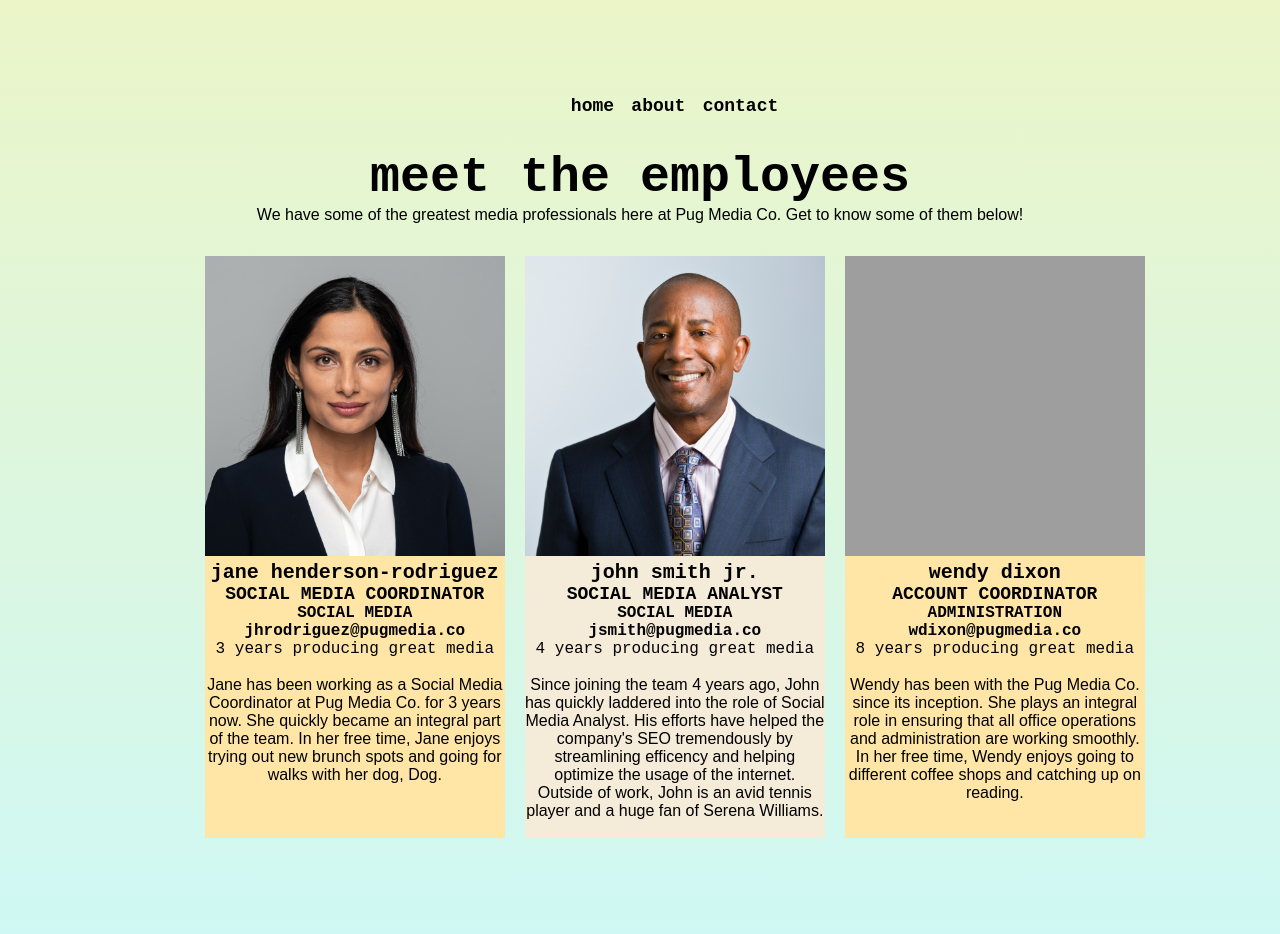
Repository: cheungglenda/MDIA2109-Week3
Page: /about
An editor plug-in stored every save of this project. The page is shown before and after the next save, followed by the edit.
The browser window is 1280 px wide. The pictures show the whole page.
Pictures or frames that could not be fetched are drawn as grey boxes. The project was rebuilt for these pictures with package versions that can differ from the ones it lists, and the page was loaded fresh each time. The framework's server and built-in components were replaced by stand-ins that run in the browser. Also part of the build but not shown: next.config.js.

Above is the page before, as saved 2023-01-20 13:08:26.

### pages/about.js
import Head from 'next/head'
import { Inter } from '@next/font/google'
import styles from '@/styles/Home.module.css'
import aboutData from '../data/about.json'
import { useState } from 'react'
import EmployeeCard  from '../components/EmployeeCard'
import Link from 'next/link'

export default function About() {

    const [aboutEmployees, setAboutEmployees] = useState([...aboutData])
    console.log(aboutData)
    return (
   <>
      <Head>
        <title>Meet the Employees</title>
        <meta name="description" content="Meet the Employees" />
        <meta name="viewport" content="width=device-width, initial-scale=1" />
        <link rel="icon" href="/favicon.ico" />
      </Head>
      <main className={styles.main}>
        <div className={styles.buttons}>
      <Link href="/" className={styles.links}>Home</Link>
      <Link href="/about" className={styles.links}>About</Link>
      <Link href="/" className={styles.links}>Contact</Link>
      </div>

      <div className={styles.meetTitle}>Meet the Employees</div>
      <div className={styles.titleDesc}>We have some of the greatest media professionals here at Pug Media Co. Get to know some of them below!</div>

        <div className={styles.grid}>
          <div className={styles.employees}>
          {aboutEmployees && aboutEmployees.map((info, index) => {
            if(info.firstName.toLowerCase() === "jane") {
            return (
              <EmployeeCard
              key={index}
              firstname={info.firstName}
              lastname={info.lastName}
              jobtitle={info.jobTitle}
              department={info.department}
              contact={info.contact}
              yearsworked={info.yearsWorked}
              description={info.description}
              color="#FFE6A7" font="16px"/>
            )
          }
          })}

          {aboutEmployees && aboutEmployees.map((info, index) => {
            if(info.firstName.toLowerCase() === "john") {
            return (
              <EmployeeCard
              key={index}
              firstname={info.firstName}
              lastname={info.lastName}
              jobtitle={info.jobTitle}
              department={info.department}
              contact={info.contact}
              yearsworked={info.yearsWorked}
              description={info.description}
              color="#F4EBD9" font="16px"/>
            )
          }
          })}

          {aboutEmployees && aboutEmployees.map((info, index) => {
            if(info.firstName.toLowerCase() === "wendy") {
            return (
              <EmployeeCard
              key={index}
              firstname={info.firstName}
              lastname={info.lastName}
              jobtitle={info.jobTitle}
              department={info.department}
              contact={info.contact}
              yearsworked={info.yearsWorked}
              description={info.description}
              color="#FFE6A7" font="16px"/>
            )
          }
          })}
          </div>
        </div>
      </main>
    </>
  )
}

### styles/Home.module.css
.main {
  display: flex;
  flex-direction: column;
  justify-content: space-between;
  align-items: center;
  padding: 6rem;
  font-family:arial;
  min-height: 100vh;
  background-image: linear-gradient(rgb(235, 245, 200), rgb(207, 248, 244));

}

.buttons {
  display: flex;
  flex-direction:row;
  justify-content: space-evenly;
  margin-bottom:3%;
}

.links:hover {
  text-decoration:underline;
}

.links {
  font-size: 18px;
  max-width: var(--max-width);
  width: 100%;
  font-weight:900;
  font-family: 'Courier New', Courier, monospace;
  text-transform:lowercase;
  padding-left:10%;
}

.description {
  display: inherit;
  justify-content: inherit;
  align-items: inherit;
  font-size: 15px;
  max-width: var(--max-width);
  width: 100%;
  font-family: var(--font-mono);
}

.description a {
  display: flex;
  justify-content: center;
  align-items: center;
  gap: 0.5rem;
}

.description p {
  position: relative;
  margin: 0;
  padding: 1rem;
  background-color: rgba(var(--callout-rgb), 0.5);
  border: 1px solid rgba(var(--callout-border-rgb), 0.3);
  border-radius: var(--border-radius);
}

.code {
  font-weight: 700;
  font-family: var(--font-mono);
}

.meetTitle {
  font-size: 50px;
  font-weight:700;
  text-transform:lowercase;
  font-family:'Courier New', Courier, monospace;
  text-align:center;
}

.grid {
  display: flex;
  justify-content:center;
  width: var(--max-width);
  max-width: 100%;
  align-items:center;
  flex: 1;
}

.card {
  padding: 1rem 1.2rem;
  border-radius: var(--border-radius);
  background: rgba(var(--card-rgb), 0);
  border: 1px solid rgba(var(--card-border-rgb), 0);
  transition: background 200ms, border 200ms;
}

.card span {
  display: inline-block;
  transition: transform 200ms;
}

.info {
  font-family:Arial, Helvetica, sans-serif;
}

.card h2 {
  font-weight: 600;
  margin-bottom: 0.7rem;
}

.card p {
  margin: 0;
  opacity: 0.6;
  font-size: 0.9rem;
  line-height: 1.5;
  max-width: 30ch;
}


.employees {
  display:flex;
  gap:20px;
  width: 80%;
  text-align:center;
  font-family:'Courier New', Courier, monospace;
}

.titleDesc {
  font-size:16px;
  margin-bottom:3%;
}

.center {
  display: flex;
  justify-content: center;
  align-items: center;
  position: relative;
  padding: 4rem 0;
}

.center::before {
  background: var(--secondary-glow);
  border-radius: 50%;
  width: 480px;
  height: 360px;
  margin-left: -400px;
}

.center::after {
  background: var(--primary-glow);
  width: 240px;
  height: 180px;
  z-index: -1;
}

.center::before,
.center::after {
  content: '';
  left: 50%;
  position: absolute;
  filter: blur(45px);
  transform: translateZ(0);
}

.logo,
.thirteen {
  position: relative;
}

.thirteen {
  display: flex;
  justify-content: center;
  align-items: center;
  width: 75px;
  height: 75px;
  padding: 25px 10px;
  margin-left: 16px;
  transform: translateZ(0);
  border-radius: var(--border-radius);
  overflow: hidden;
  box-shadow: 0px 2px 8px -1px #0000001a;
}

.thirteen::before,
.thirteen::after {
  content: '';
  position: absolute;
  z-index: -1;
}

/* Conic Gradient Animation */
.thirteen::before {
  animation: 6s rotate linear infinite;
  width: 200%;
  height: 200%;
  background: var(--tile-border);
}

/* Inner Square */
.thirteen::after {
  inset: 0;
  padding: 1px;
  border-radius: var(--border-radius);
  background: linear-gradient(
    to bottom right,
    rgba(var(--tile-start-rgb), 1),
    rgba(var(--tile-end-rgb), 1)
  );
  background-clip: content-box;
}

/* Enable hover only on non-touch devices */
@media (hover: hover) and (pointer: fine) {
  .card:hover {
    background: rgba(var(--card-rgb), 0.1);
    border: 1px solid rgba(var(--card-border-rgb), 0.15);
  }

  .card:hover span {
    transform: translateX(4px);
  }
}

@media (prefers-reduced-motion) {
  .thirteen::before {
    animation: none;
  }

  .card:hover span {
    transform: none;
  }
}

/* Mobile */
@media (max-width: 700px) {
  .content {
    padding: 4rem;
  }

  .grid {
    grid-template-columns: 1fr;
    margin-bottom: 120px;
    max-width: 320px;
    text-align: center;
  }

  .card {
    padding: 1rem 2.5rem;
  }

  .card h2 {
    margin-bottom: 0.5rem;
  }

  .center {
    padding: 8rem 0 6rem;
  }

  .center::before {
    transform: none;
    height: 300px;
  }

  .description {
    font-size: 0.8rem;
  }

  .description a {
    padding: 1rem;
  }

  .description p,
  .description div {
    display: flex;
    justify-content: center;
    position: fixed;
    width: 100%;
  }

  .description p {
    align-items: center;
    inset: 0 0 auto;
    padding: 2rem 1rem 1.4rem;
    border-radius: 0;
    border: none;
    border-bottom: 1px solid rgba(var(--callout-border-rgb), 0.25);
    background: linear-gradient(
      to bottom,
      rgba(var(--background-start-rgb), 1),
      rgba(var(--callout-rgb), 0.5)
    );
    background-clip: padding-box;
    backdrop-filter: blur(24px);
  }

  .description div {
    align-items: flex-end;
    pointer-events: none;
    inset: auto 0 0;
    padding: 2rem;
    height: 200px;
    background: linear-gradient(
      to bottom,
      transparent 0%,
      rgb(var(--background-end-rgb)) 40%
    );
    z-index: 1;
  }
}

/* Tablet and Smaller Desktop */
@media (min-width: 701px) and (max-width: 1120px) {
  .grid {
    grid-template-columns: repeat(2, 50%);
  }
}

@media (prefers-color-scheme: dark) {
  .vercelLogo {
    filter: invert(1);
  }

  .logo,
  .thirteen img {
    filter: invert(1) drop-shadow(0 0 0.3rem #ffffff70);
  }
}

@keyframes rotate {
  from {
    transform: rotate(360deg);
  }
  to {
    transform: rotate(0deg);
  }
}

### data/about.json
[
    {
        "firstName": "Jane",
        "lastName": "Henderson-Rodriguez",
        "department": "Social Media",
        "jobTitle": "Social Media Coordinator",
        "contact": "jhrodriguez@pugmedia.co",
        "yearsWorked": 3,
        "description": "Jane has been working as a Social Media Coordinator at Pug Media Co. for 3 years now. She quickly became an integral part of the team. In her free time, Jane enjoys trying out new brunch spots and going for walks with her dog, Dog."

    },
    {
        "firstName": "John",
        "lastName": "Smith jr.",
        "department": "Social Media",
        "jobTitle": "Social Media Analyst",
        "contact": "jsmith@pugmedia.co",
        "yearsWorked": 4,
        "description": "Since joining the team 4 years ago, John has quickly laddered into the role of Social Media Analyst. His efforts have helped the company's SEO tremendously by streamlining efficency and helping optimize the usage of the internet. Outside of work, John is an avid tennis player and a huge fan of Serena Williams."

    },
    {
        "firstName": "Wendy",
        "lastName": "Dixon",
        "department": "Administration",
        "jobTitle": "Account Coordinator",
        "contact": "wdixon@pugmedia.co",
        "yearsWorked": 8,
        "description": "Wendy has been with the Pug Media Co. since its inception. She plays an integral role in ensuring that all office operations and administration are working smoothly. In her free time, Wendy enjoys going to different coffee shops and catching up on reading."

    }
]

### components/EmployeeCard/index.js
export default function EmployeeCard({
    firstname = "none",
    lastname = "none",
    department = "none",
    jobtitle = "none",
    yearsworked = 0,
    description = "none",
    contact = "none",
    color = "pink",
    font = "O",
    image = "icon/personTwo.png"
}) {
    return (
        <div style={{backgroundColor: color, fontSize: 16}}>
            {
                firstname === "Jane" ? <img style={{objectFit: "cover"}} src={'headshots/photo3.jpeg'} width="300" height="300"/> :
                firstname === "John" ? <img style={{objectFit: "cover"}} src={'headshots/photo1.jpeg'} width="300" height="300"/> :
                firstname === "Wendy" ? <img style={{objectFit: "cover"}} src={'headshots/photo2.jpeg'} width="300" height="300"/> :
                <img src={image} width="300"/>
            }

            <h1 style={{textTransform: "lowercase", fontSize: 20}}>{firstname} {lastname}</h1>
            <h1 style={{textTransform: "lowercase", fontSize: 20}}></h1>
            <h2 style={{fontFamily:"'Courier New', Courier, monospace", textTransform: "uppercase", fontSize: 18}}>{jobtitle}</h2>
            <h3 style={{fontFamily:"'Courier New', Courier, monospace", textTransform: "uppercase", fontSize: 16, fontweight:200}}>{department}</h3>
            <h3 style={{fontFamily:"'Courier New', Courier, monospace", textTransform: "lowercase", fontSize: 16, fontweight:500}}>{contact}</h3>
            <h4 style={{textTransform:"lowercase", fontSize:16, fontWeight:100}}>{yearsworked} years producing great media</h4><br></br>
            <p style={{fontFamily: "Arial, Helvetica, sans-serif"}}>{description}</p><br></br>
        </div>
    )
}

Loaded but not shown: pages/_app.js (common file); pages/_document.js (common file); pages/api/hello.js (common file); styles/globals.css (common file)

After the next save:
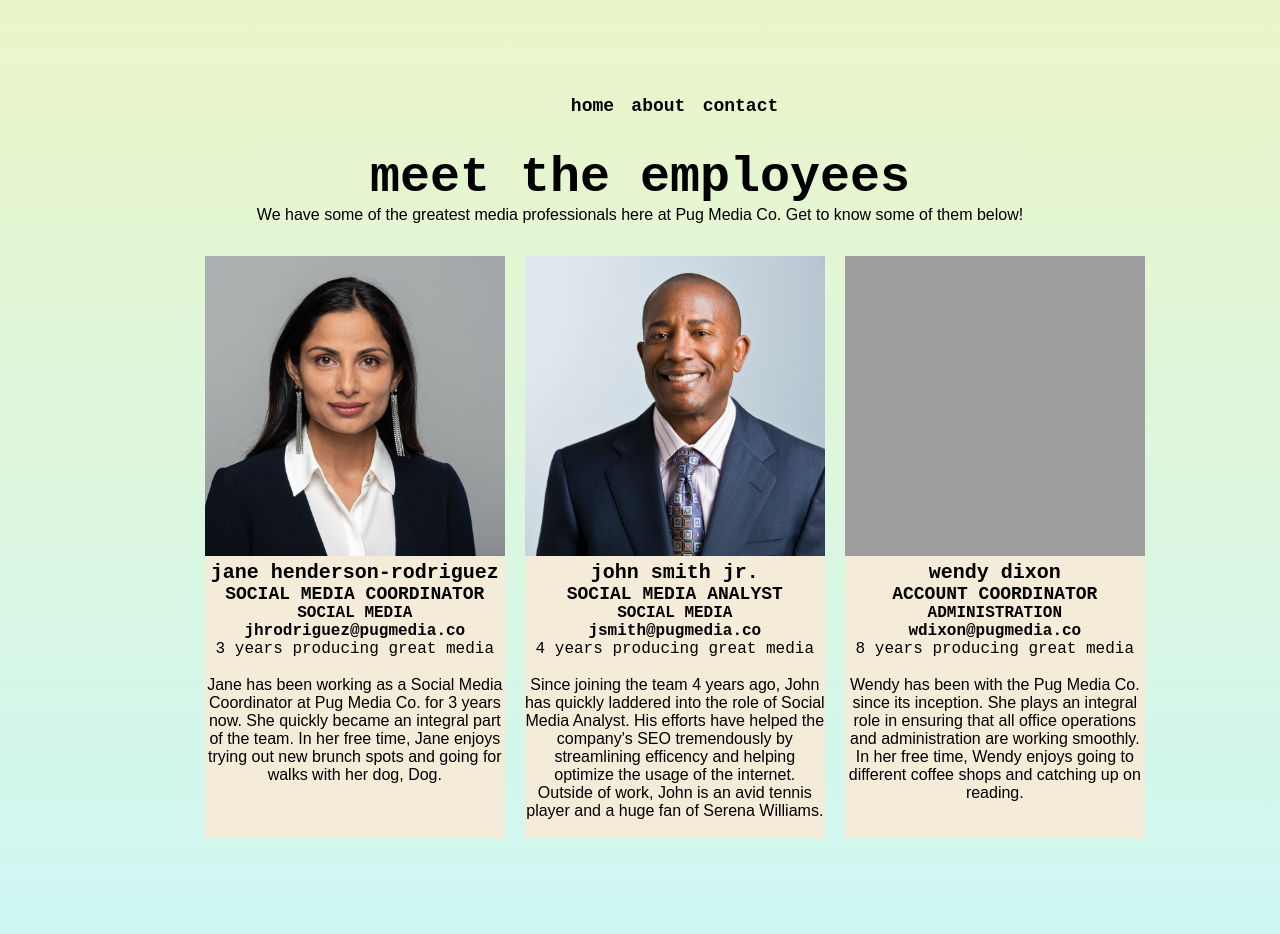
Saved 15 s later.
--- a/pages/about.js
+++ b/pages/about.js
@@ -42,7 +42,7 @@ export default function About() {
               contact={info.contact}
               yearsworked={info.yearsWorked}
               description={info.description}
-              color="#FFE6A7" font="16px"/>
+              color="#F4EBD9" font="16px"/>
             )
           }
           })}
@@ -76,7 +76,7 @@ export default function About() {
               contact={info.contact}
               yearsworked={info.yearsWorked}
               description={info.description}
-              color="#FFE6A7" font="16px"/>
+              color="#F4EBD9" font="16px"/>
             )
           }
           })}
